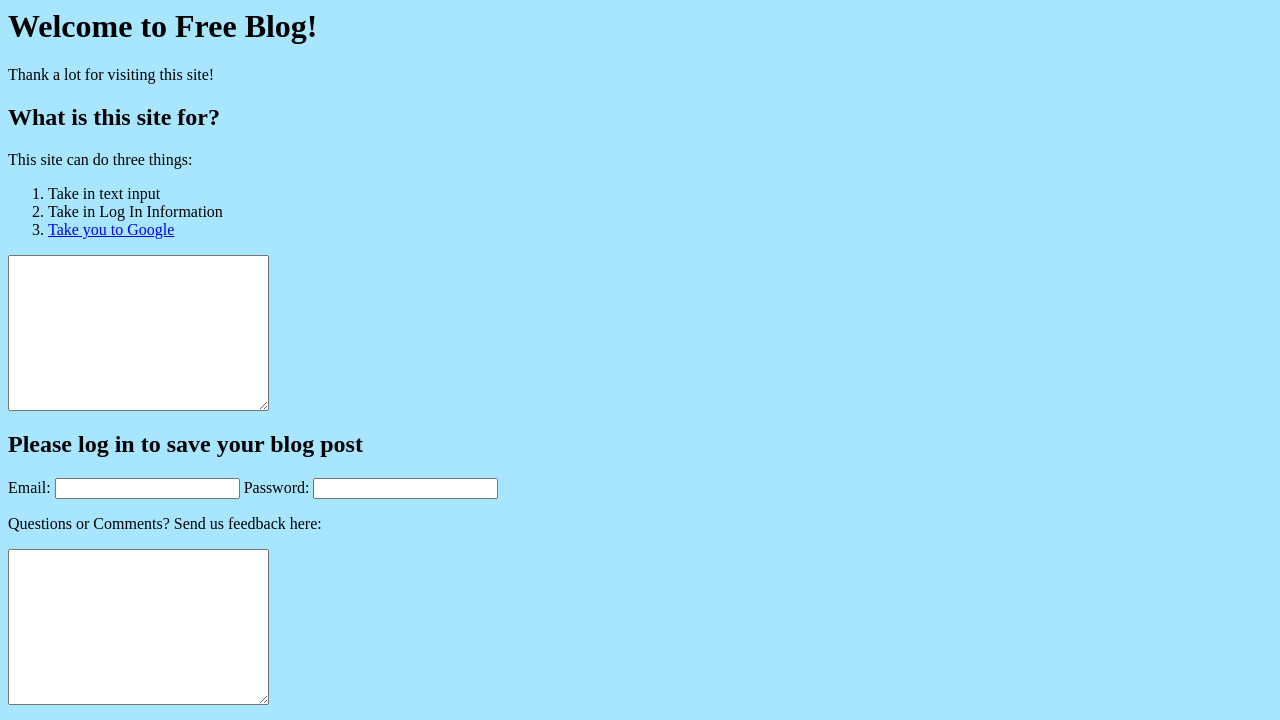
Repository: MonwarAdeeb/Bista_Solutions
Page: HTML & CSS/CSS/Level One/05. Assessment.html
An editor plug-in stored every save of this project. The page is shown before and after the next save, followed by the edit.
The browser window is 1280 px wide. The pictures show the whole page.

Above is the page before, as saved 2021-05-19 20:30:28.

After the next save:
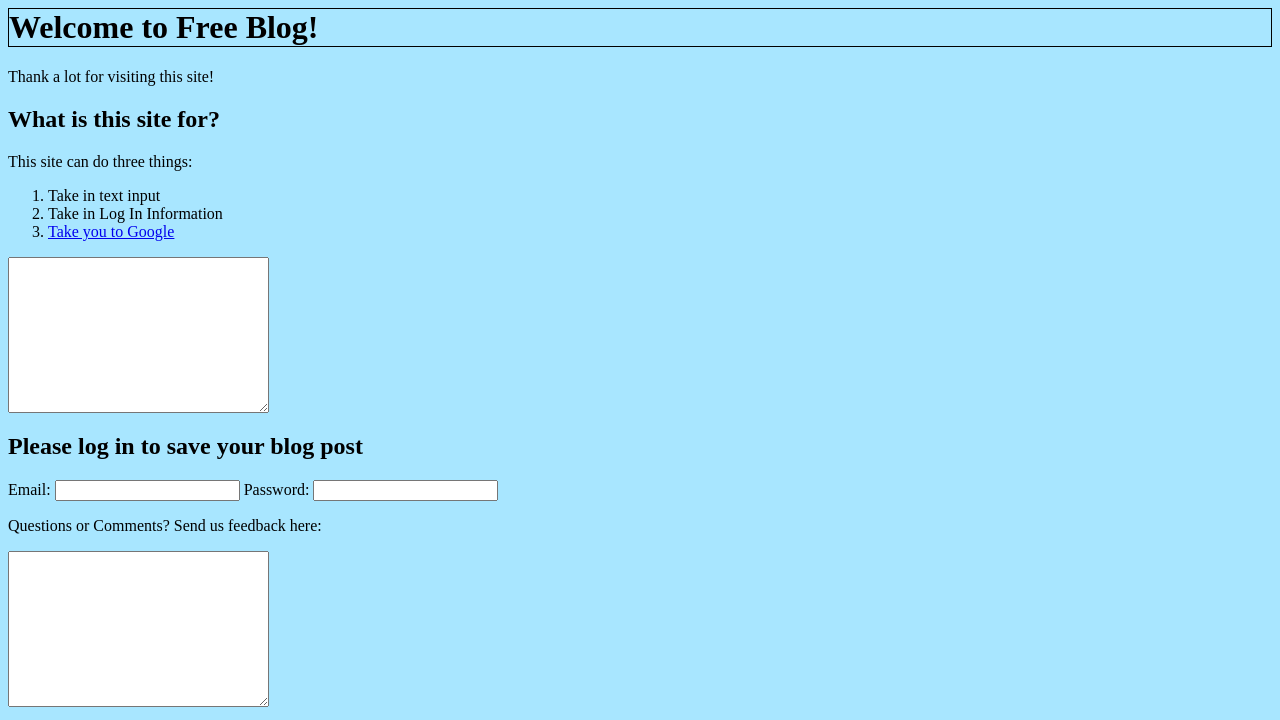
Saved 6 s later.
--- a/HTML & CSS/CSS/Level One/05. Assessment.css
+++ b/HTML & CSS/CSS/Level One/05. Assessment.css
@@ -3,5 +3,5 @@ body {
 }
 
 h1{
-
+    border: 1px solid black;
 }
